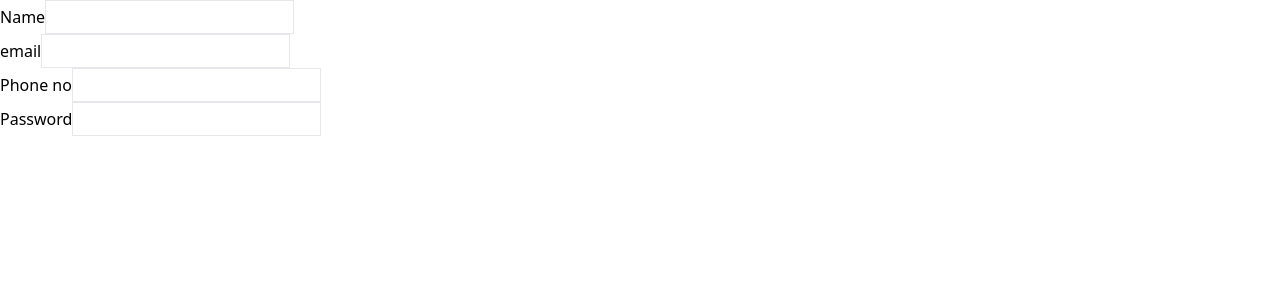
Repository: theanmol-raj/AkshayForm
Page: /
An editor plug-in stored every save of this project. The page is shown before and after the next save, followed by the edit.
The browser window is 1280 px wide. The pictures show the whole page.
The project was rebuilt for these pictures with package versions that can differ from the ones it lists, and the page was loaded fresh each time.

Above is the page before, as saved 2023-01-19 20:35:36.

After the next save:
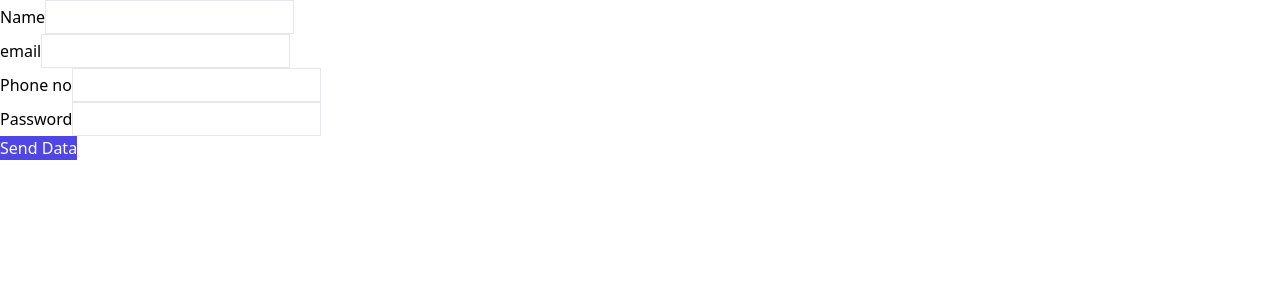
Saved 76 s later.
--- a/src/App.js
+++ b/src/App.js
@@ -15,6 +15,11 @@ function App() {
   function handleChange(event){
     const {name ,value} = event.target ;
     setValue ((prev) => ({...prev , [name] : value}))
+  }
+
+
+  function sendData(){
+
   }
 
 
@@ -37,6 +42,8 @@ function App() {
           <label>Password</label>
           <input onChange={handleChange} className=" border px-2 py-1" name="pass" value={valuex.pass} />
           </div>
+
+          <button className=" bg-indigo-600 text-white">Send Data</button>
 
 
 
